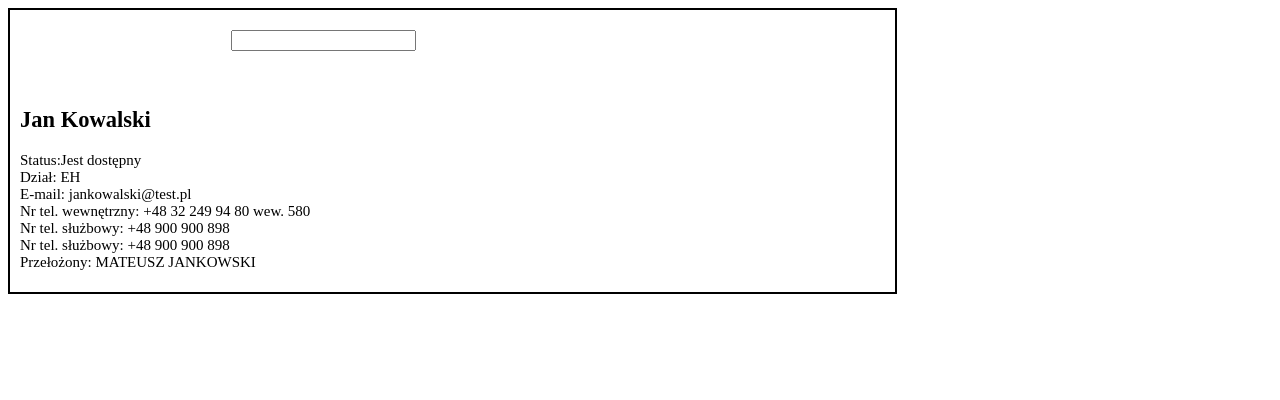
Repository: emdes515/EHpanel
Page: html/dashboardObecnosc.html
The author's editor kept a copy of each file at every save. The page is drawn from the files as they stood at one save, then again after the next save.
The browser window is 1280 px wide. The pictures show the whole page.

Above is the page before, as saved 2024-04-22 11:10:16.
Console error: ReferenceError: $ is not defined

After the next save:
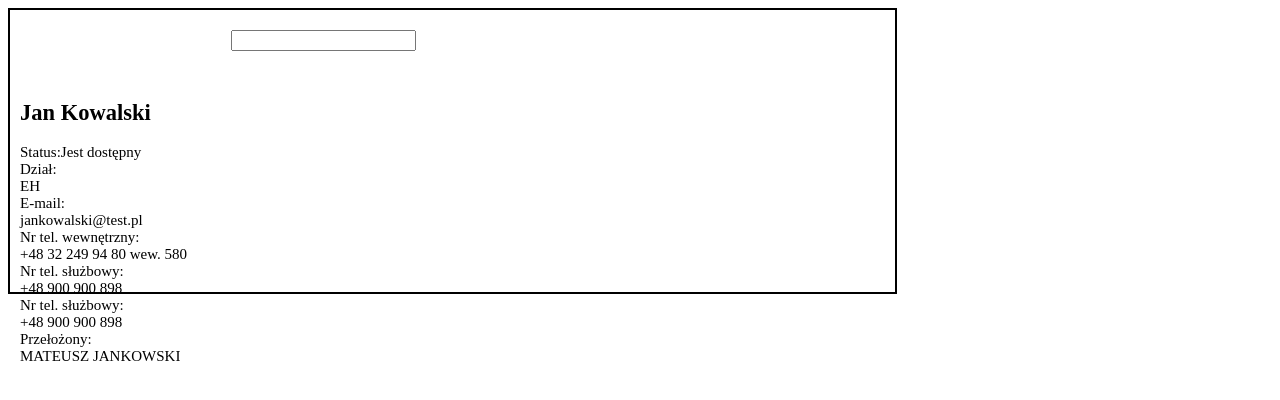
Saved 42 s later.
--- a/html/dashboardObecnosc.html
+++ b/html/dashboardObecnosc.html
@@ -55,19 +55,23 @@
 			<div class="infoWrapper">
 				<span class="fw-bold text-primary">Status: </span> <span>Jest dostępny</span>
 			</div>
-			<div><span class="fw-bold text-primary">Dział: </span> <span>EH</span></div>
-			<div><span class="fw-bold text-primary">E-mail: </span> <span>jankowalski@test.pl</span></div>
-			<div>
+			<div class="infoContainer">
+				<span class="fw-bold text-primary">Dział: </span> <span>EH</span>
+			</div>
+			<div class="infoContainer">
+				<span class="fw-bold text-primary">E-mail: </span> <span>jankowalski@test.pl</span>
+			</div>
+			<div class="infoContainer">
 				<span class="fw-bold text-primary">Nr tel. wewnętrzny: </span>
 				<span>+48 32 249 94 80 wew. 580</span>
 			</div>
-			<div>
+			<div class="infoContainer">
 				<span class="fw-bold text-primary">Nr tel. służbowy: </span> <span>+48 900 900 898</span>
 			</div>
-			<div>
+			<div class="infoContainer">
 				<span class="fw-bold text-primary">Nr tel. służbowy: </span> <span>+48 900 900 898</span>
 			</div>
-			<div>
+			<div class="infoContainer">
 				<span class="fw-bold text-primary">Przełożony: </span> <span>MATEUSZ JANKOWSKI</span>
 			</div>
 		</div>
